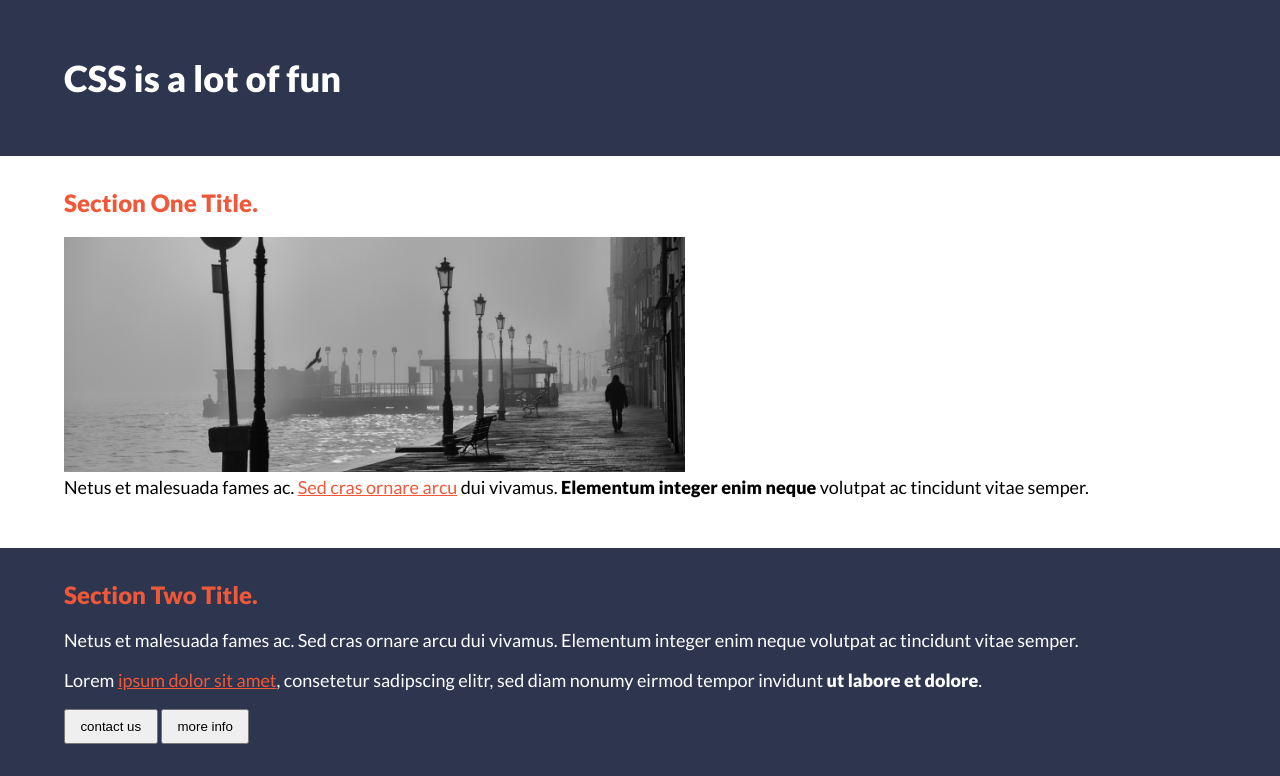
Repository: Doumham-Armah/sample-landing-page
Page: index.html
The author's editor kept a copy of each file at every save. The page is drawn from the files as they stood at one save, then again after a run of saves.
The browser window is 1280 px wide. The pictures show the whole page.

Above is the page before, as saved 2021-08-16 13:45:27.

After the next 2 saves:
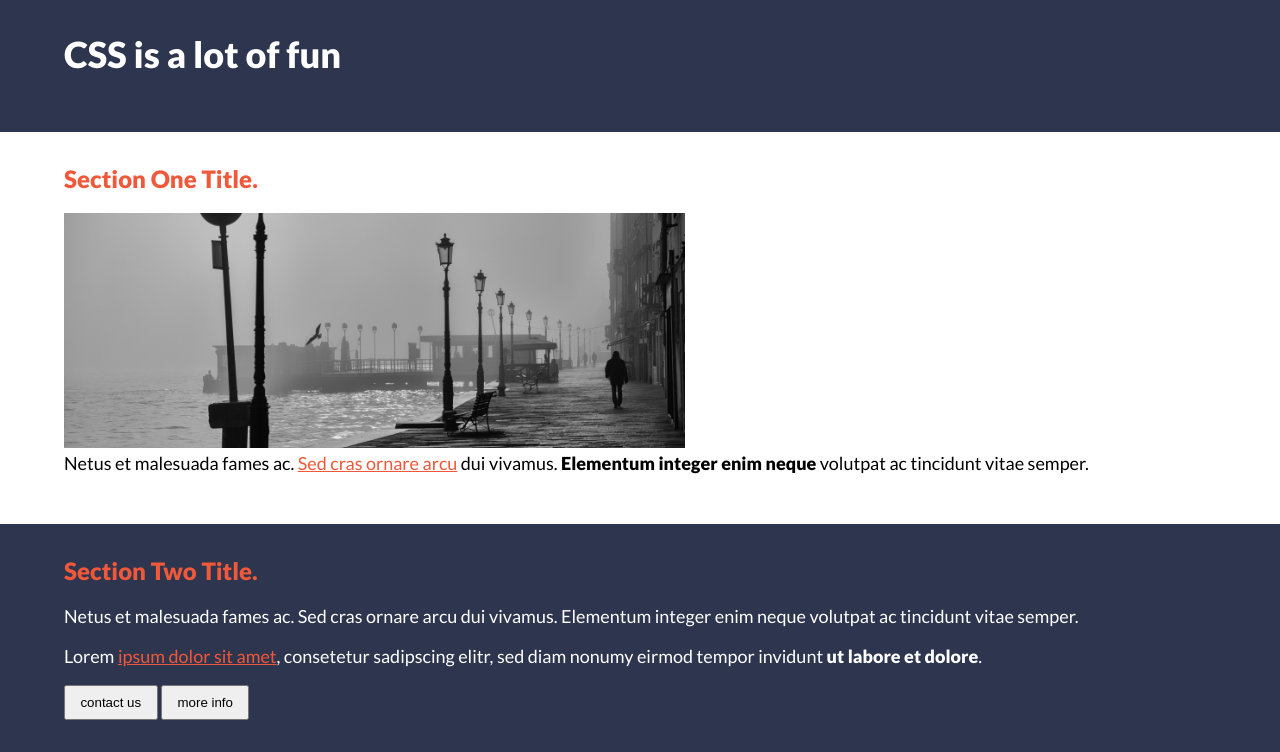
The 2 saves are shown as one change because they came seconds apart.
The last was saved 2 min 31 s later.
--- a/style.css
+++ b/style.css
@@ -3,6 +3,8 @@ body {
   font-family: "Lato", sans-serif;
   font-size: 18px;
 }
+
+h1,
 h2,
 p {
   margin-top: 0;
